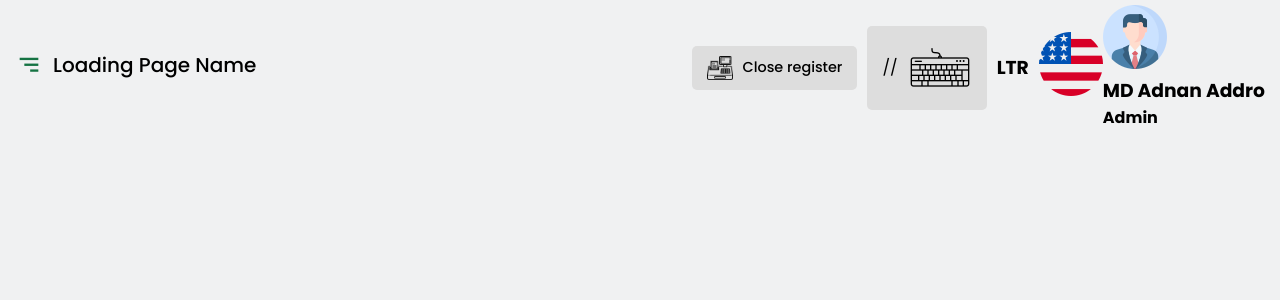
Repository: codebyaddro/pos-navbar
Page: index.html
An editor plug-in stored every save of this project. The page is shown before and after a run of saves, followed by the edit.
The browser window is 1280 px wide. The pictures show the whole page.

Above is the page before, as saved 2025-02-13 16:02:00.

### index.html
<!DOCTYPE html>
<html lang="en">
<head>
    <meta charset="UTF-8">
    <meta name="viewport" content="width=device-width, initial-scale=1.0">
    <!-- CSS -->
    <link rel="stylesheet" href="/css/style.css">
    <!-- Icons -->
    <link href='https://unpkg.com/boxicons@2.1.4/css/boxicons.min.css' rel='stylesheet'>
    <title>Navbar - Block</title>
</head>
<body style="background-color: #f0f1f2;">
    <nav class="cba-nav-container">
        <div class="cba-nav-side-menu-toggle-icon-loading-pagename">
            <div class="cba-nav-side-menu-toggle-icon">
                <!-- toggle first icon -->
                <i class='t-icon-open bx bx-menu-alt-right' id="iconDisplay" onclick="toggleIcon()"></i>
                <!-- toggle second icon -->
                <!-- <i class='t-icon-close bx bx-menu-alt-left' id="iconDisplay" onclick="toggleIcon()"></i> -->
                <!--todo: one of the toggle icon should be commented-->
            </div>
            <div class="cba-nav-loading-pagename">
                <h3>Loading Page Name</h3>
            </div>
        </div>
        <div class="cba-nav-features-user-logo-name">
            <div class="cba-nav-features">
                <div class="cba-nav-close-counter">
                    <img src="/img/cash-register.png" alt="cash-register-img">
                    <h3>Close register</h3>
                </div>
                <div class="cba-nav-keyboard-shortcut">//
                    <img src="/img/computer-keyboard.png" alt="keyboard-img">
                </div>
                <div class="cba-nav-ltr-rtl-switch">
                    <h3><span id="text">LTR</span></h3>
                </div>
                <div class="cba-nav-lang-switch" onclick="toggleImage()">
                    <img src="/img/united-states.png" title="English" alt="united-state-flag" id="image">
                </div>
            </div>
            <div class="cba-nav-user-logo-name">
                <div class="cba-nav-user-logo">
                    <img src="/img/User.png" alt="user-img">
                </div>
                <div class="cba-nav-user-name">
                    <div class="cba-nav-user-name">
                        <h3>MD Adnan Addro</h3>
                    </div>
                    <div class="cba-nav-user-role">
                        <h4>Admin</h4>
                    </div>
                </div>
            </div>
        </div>
    </nav>
    <!-- Javascript -->
    <script src="/script/main.js"></script>
</body>
</html>

### css/style.css
/* -- fonts -- */
@import url('https://fonts.googleapis.com/css2?family=Poppins:ital,wght@0,100;0,200;0,300;0,400;0,500;0,600;0,700;0,800;0,900;1,100;1,200;1,300;1,400;1,500;1,600;1,700;1,800;1,900&family=Raleway:ital,wght@0,100..900;1,100..900&family=Roboto:ital,wght@0,100;0,300;0,400;0,500;0,700;0,900;1,100;1,300;1,400;1,500;1,700;1,900&family=VT323&display=swap');

/* -- root -- */

:root {
    --gray-white: #F0F1F2; /* For body*/
    --white: #FFFFFF;
    --black: #000000;
    --gray-black: #DDDDDD;
    --light-black: #212523;
    --light-black-op: #21252350;
    --main-green: #157343;
    --main-light: #37A000;
    --light-orange: #FD7E14;
    --green: #008000;
    --light-green: #e9f6ec;
    --red: #FF0000;
    --light-red: #fbeaec;
}

/* -- universal style -- */

* {
    margin: 0;
    padding: 0;
    box-sizing: border-box;
    font-family: "Poppins", serif;
}

/* -- web app cursor element selection style -- */

::selection {
    color: var(--white);
    background-color: var(--main-light);
}

/* -- nav container style -- */

.cba-nav-container {
    display: flex;
    justify-content: space-between;
    align-items: center;
    padding: 5px 15px;
}

/* -- nav side menu toggle icon and loading pagename style -- */

.cba-nav-side-menu-toggle-icon-loading-pagename {
    display: flex;
    gap: 10px;
    align-items: center;
}

/* -- nav side menu toggle icon style -- */

.t-icon-open {
    color: var(--main-green);
    font-size: 1.75rem;
    cursor: pointer;
}

.t-icon-close {
    color: var(--main-green);
    font-size: 1.75rem;
    cursor: pointer;
}

/* -- nav loading pagename style -- */

.cba-nav-loading-pagename h3 {
    color: var(--black);
    font-size: 1.25rem;
    font-weight: 500;
    margin-top: -5px;
}

/* -- nav features and user logo name style -- */

.cba-nav-features-user-logo-name {
    display: flex;
    /* gap: 10px; */
    align-items: center;
}

/* -- nav features style -- */

.cba-nav-features {
    display: flex;
    gap: 10px;
    align-items: center;
}

/* -- nav close counter style -- */

.cba-nav-close-counter {
    display: flex;
    gap: 10px;
    align-items: center;
    background-color: var(--gray-black);
    padding: 10px 15px;
    border-radius: 5px;
    cursor: pointer;
}

.cba-nav-close-counter img {
    height: 24px;
    width: 26px;
    cursor: pointer;
}

.cba-nav-close-counter h3 {
    color: var(--black);
    font-size: 0.9rem;
    font-weight: 500;
}

/* -- nav keyboard shortcut style -- */

.cba-nav-keyboard-shortcut {
    display: flex;
    gap: 10px;
    align-items: center;
    background-color: var(--gray-black);
    padding: 10px 15px;
    border-radius: 5px;
    cursor: pointer;
}

### script/main.js
// JS function for Side Navigation Bar Toggle

function toggleIcon() {
    let icon = document.getElementById("iconDisplay");

    if (icon.classList.contains("bx-menu-alt-right")) {
        icon.classList.remove("bx-menu-alt-right");
        icon.classList.add("bx-menu-alt-left"); // Change to user alt left icon
    } else {
        icon.classList.remove("bx-menu-alt-left");
        icon.classList.add("bx-menu-alt-right"); // Change back to alt right icon
    }
}

// End of Side Navigation Bar Toggle

After the next 2 saves:
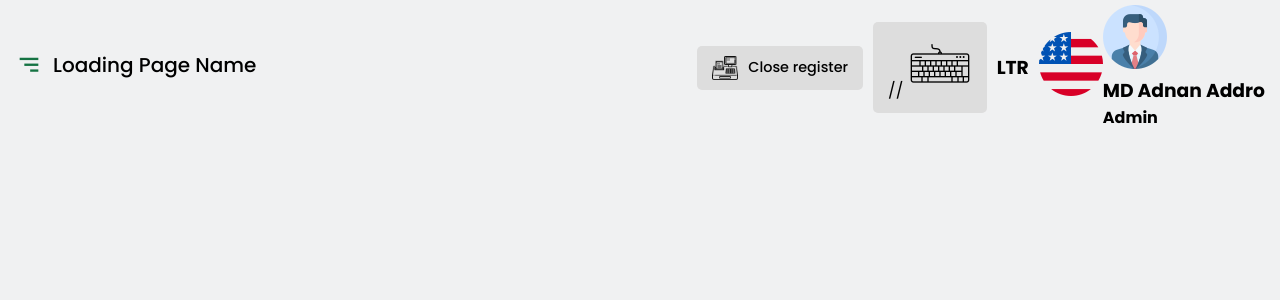
The 2 saves are shown as one change because they came seconds apart.
The last was saved 24 s later.
--- a/css/style.css
+++ b/css/style.css
@@ -118,9 +118,6 @@
 /* -- nav keyboard shortcut style -- */
 
 .cba-nav-keyboard-shortcut {
-    display: flex;
-    gap: 10px;
-    align-items: center;
     background-color: var(--gray-black);
     padding: 10px 15px;
     border-radius: 5px;
